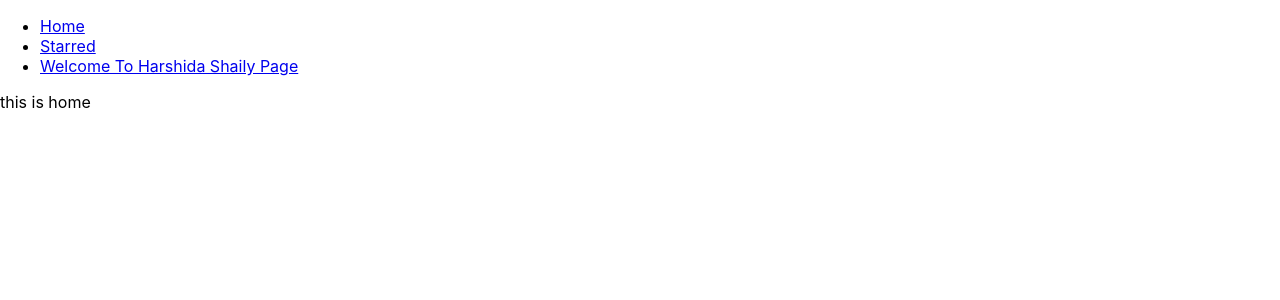
Repository: HARSHIDA18/box-office
Page: /
These files come from the project's save history. The page is drawn as it stood at one moment and after the next save; the edit follows.
The browser window is 1280 px wide. The pictures show the whole page.
The project was rebuilt for these pictures with package versions that can differ from the ones it lists, and the page was loaded fresh each time. A package was used in the major version that the imports need, not the one package.json lists. Also part of the build but not shown: src/pages/Starred.js, src/pages/Harshida.js, src/pages/Google.js. Imported but missing from the stored project, and not drawn on this page: src/serviceWorkerRegistration.

Above is the page before, as saved 2022-06-16 20:14:58.

### src/index.js
import React from 'react';
import ReactDOM from 'react-dom';
import { BrowserRouter } from 'react-router-dom';
import './index.css';
import App from './App';
import * as serviceWorker from './serviceWorkerRegistration';

ReactDOM.render(
  <BrowserRouter>
    <App />
  </BrowserRouter>,
  document.getElementById('root')
);

// If you want your app to work offline and load faster, you can change
// unregister() to register() below. Note this comes with some pitfalls.
// Learn more about service workers: https://bit.ly/CRA-PWA
serviceWorker.unregister();

### src/App.js
/* eslint-disable no-unused-vars */
import React from 'react';
import { Switch, Route } from 'react-router-dom';

import Navs from './components/Navs';
// eslint-disable-next-line import/no-unresolved
import Home from './pages/Home';
import Starred from './pages/Starred';
import Harshida from './pages/Harshida';
import Google from './pages/Google';

function App() {
  return (
    <div>
      <Navs />

      <Switch>
        <Route exact path="/">
          <Home />
        </Route>

        <Route exact path="/starred">
          <Starred />
        </Route>

        <Route exact path="/Harshida">
          <Harshida />
        </Route>

        <Route exact path="/Google">
          <Google />
        </Route>

        <Route>
          <div>Not found</div>
        </Route>
      </Switch>
    </div>
  );
}

export default App;

### src/components/Navs.js
import React from 'react';
import { Link } from 'react-router-dom';

const LINKS = [
  { to: '/', text: 'Home' },
  { to: '/starred', text: 'Starred' },
  { to: '/Harshida', text: 'Welcome To Harshida Shaily Page' },
];

function Navs() {
  return (
    <div>
      <ul>
        {LINKS.map(item => (
          <li key={item.to}>
            <Link to={item.to}>{item.text}</Link>
          </li>
        ))}
      </ul>
    </div>
  );
}

export default Navs;

### src/pages/Home.js
import React from 'react';

function Home() {
  return <div>this is home</div>;
}

export default Home;

Loaded but not shown: public/index.html (common file); src/index.css (common file)

After the next save:
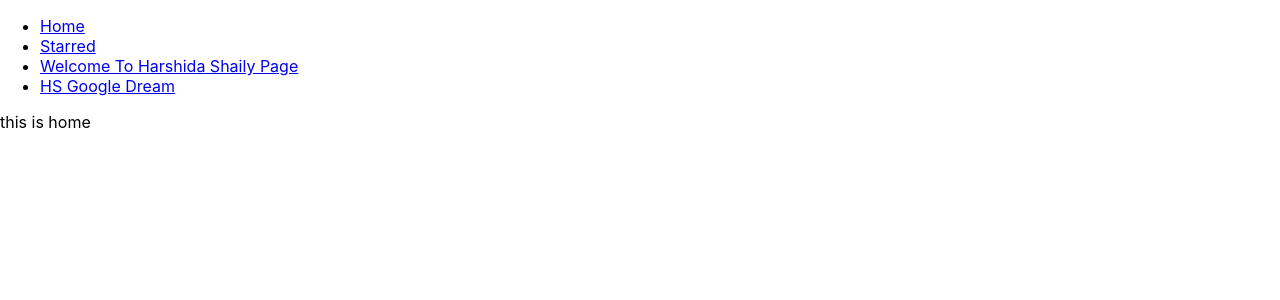
Saved 57 s later.
--- a/src/components/Navs.js
+++ b/src/components/Navs.js
@@ -5,6 +5,7 @@ const LINKS = [
   { to: '/', text: 'Home' },
   { to: '/starred', text: 'Starred' },
   { to: '/Harshida', text: 'Welcome To Harshida Shaily Page' },
+  { to: '/Google', text: 'HS Google Dream' },
 ];
 
 function Navs() {
